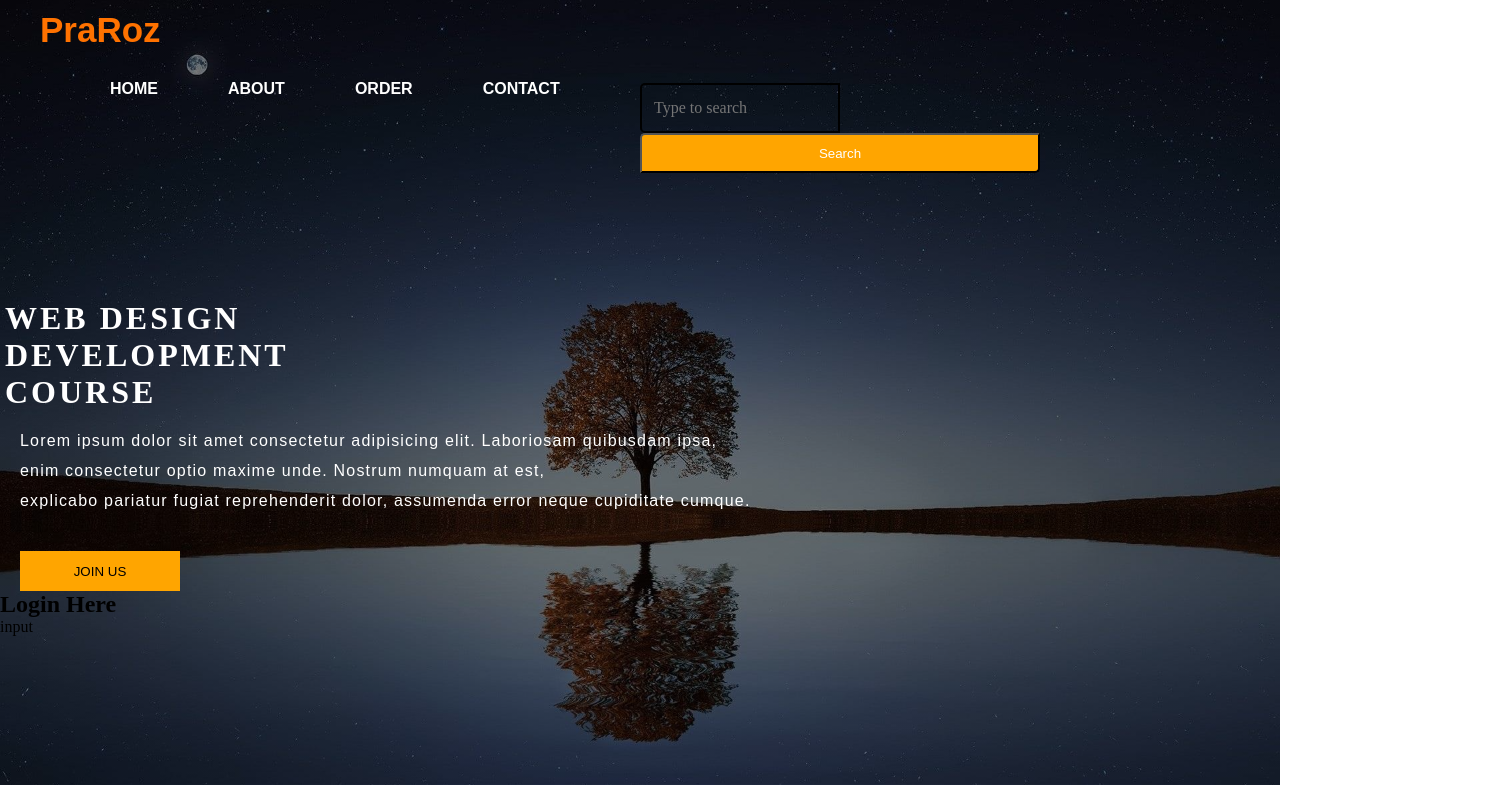
Repository: Cedrqmwesigwa/web-design-course
Page: index.html
An editor plug-in stored every save of this project. The page is shown before and after the next save, followed by the edit.
The browser window is 1280 px wide. The page is 1500 px wide, so the pictures cover 1500 px, including what lies to the right of the window. The pictures show the whole page.

Above is the page before, as saved 2024-04-03 20:48:32.

After the next save:
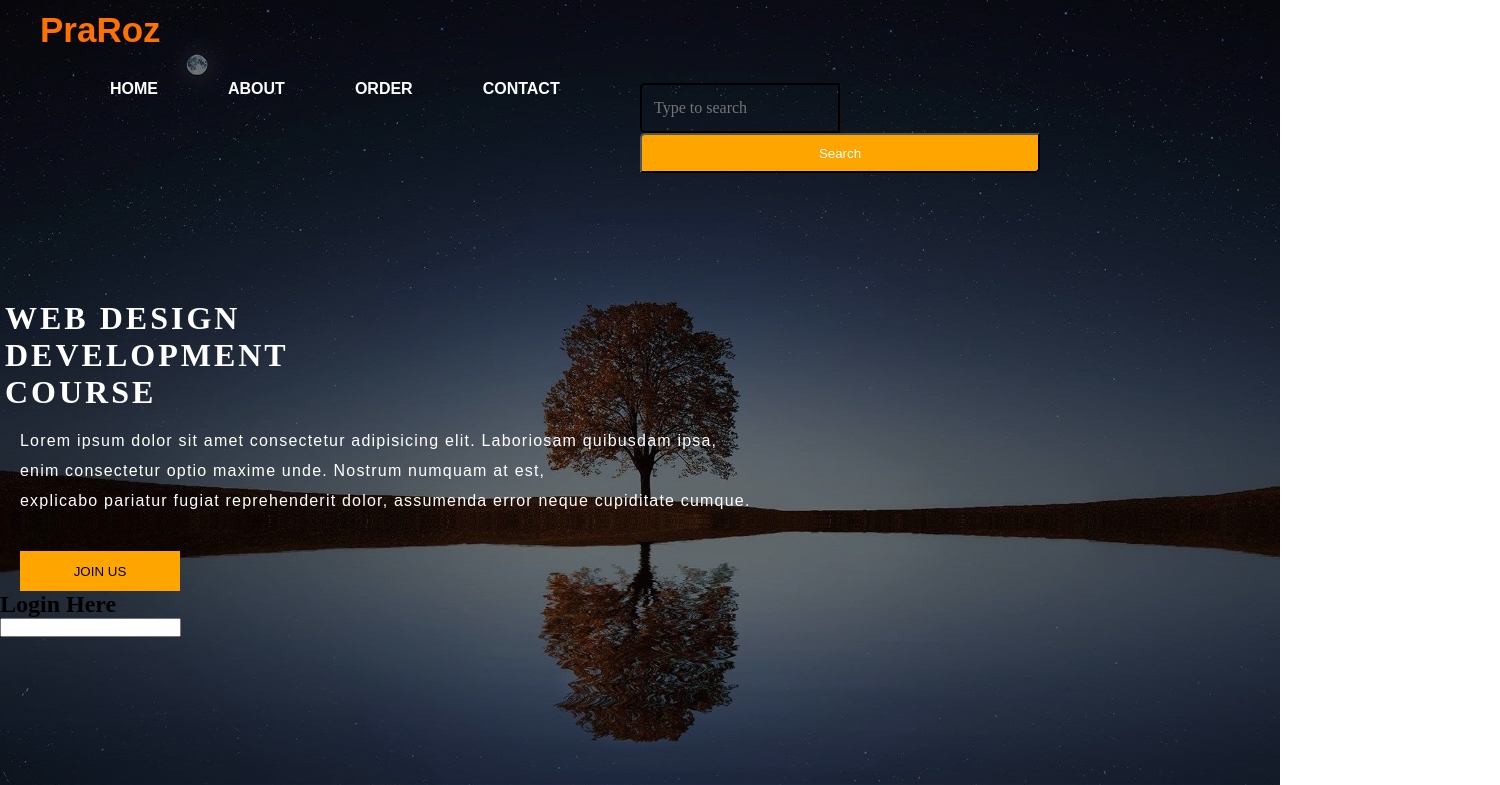
Saved 6 s later.
--- a/index.html
+++ b/index.html
@@ -46,7 +46,7 @@
         </div>
         <div class="form">
             <h2>Login Here</h2>
-            input
+            <input type="text">
         </div>
     </div>
 
